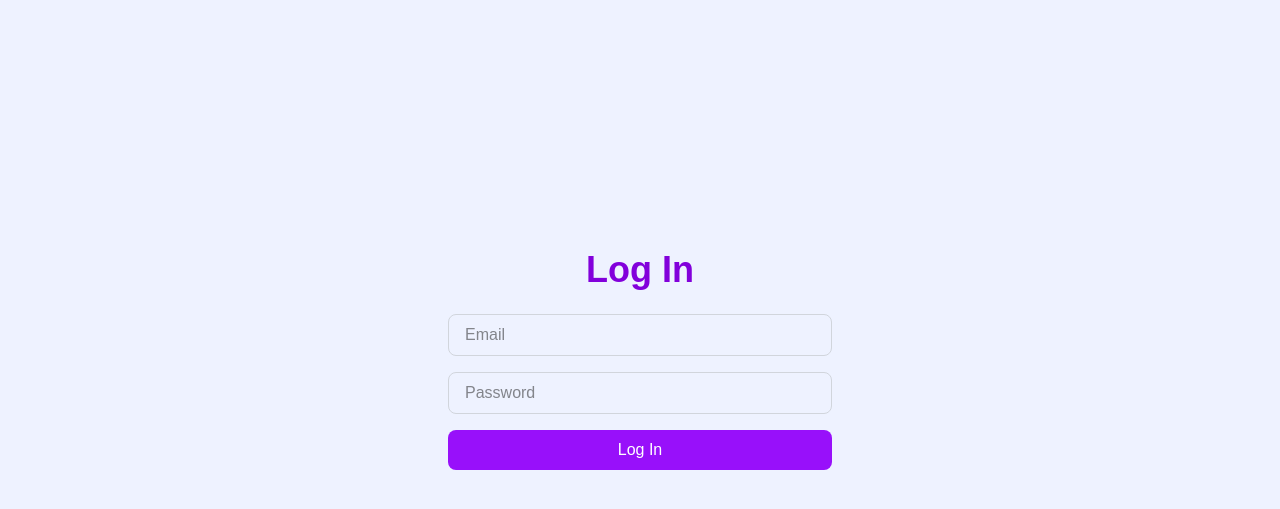
Repository: ramosfranz/bookie
Page: /login
An editor plug-in stored every save of this project. The page is shown before and after the next save, followed by the edit.
The browser window is 1280 px wide. The pictures show the whole page.
Some web fonts or font styles are not loaded; a fallback is used. The project was rebuilt for these pictures with package versions that can differ from the ones it lists, and the page was loaded fresh each time. The framework's server and built-in components were replaced by stand-ins that run in the browser. Also part of the build but not shown: next.config.ts.

Above is the page before, as saved 2025-11-21 16:14:23.

After the next save:
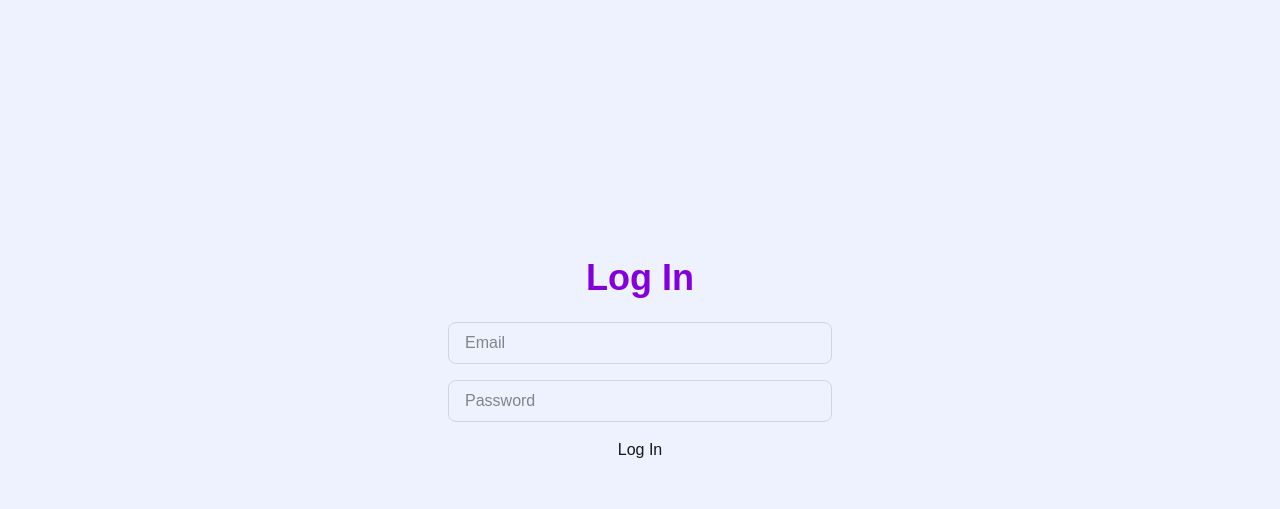
Saved 3 min 35 s later.
--- a/src/app/login/page.tsx
+++ b/src/app/login/page.tsx
@@ -52,12 +52,13 @@ export default function LoginPage() {
         />
         {errorMsg && <p className="text-red-600">{errorMsg}</p>}
         <button
-          type="submit"
-          className="px-4 py-2 bg-purple-600 text-white rounded-lg hover:bg-purple-700 transition"
-          disabled={loading}
-        >
-          {loading ? "Logging in..." : "Log In"}
-        </button>
+  type="submit"
+  className="pixelButton"
+  disabled={loading}
+>
+  {loading ? "Logging in..." : "Log In"}
+</button>
+
       </form>
     </div>
   );
